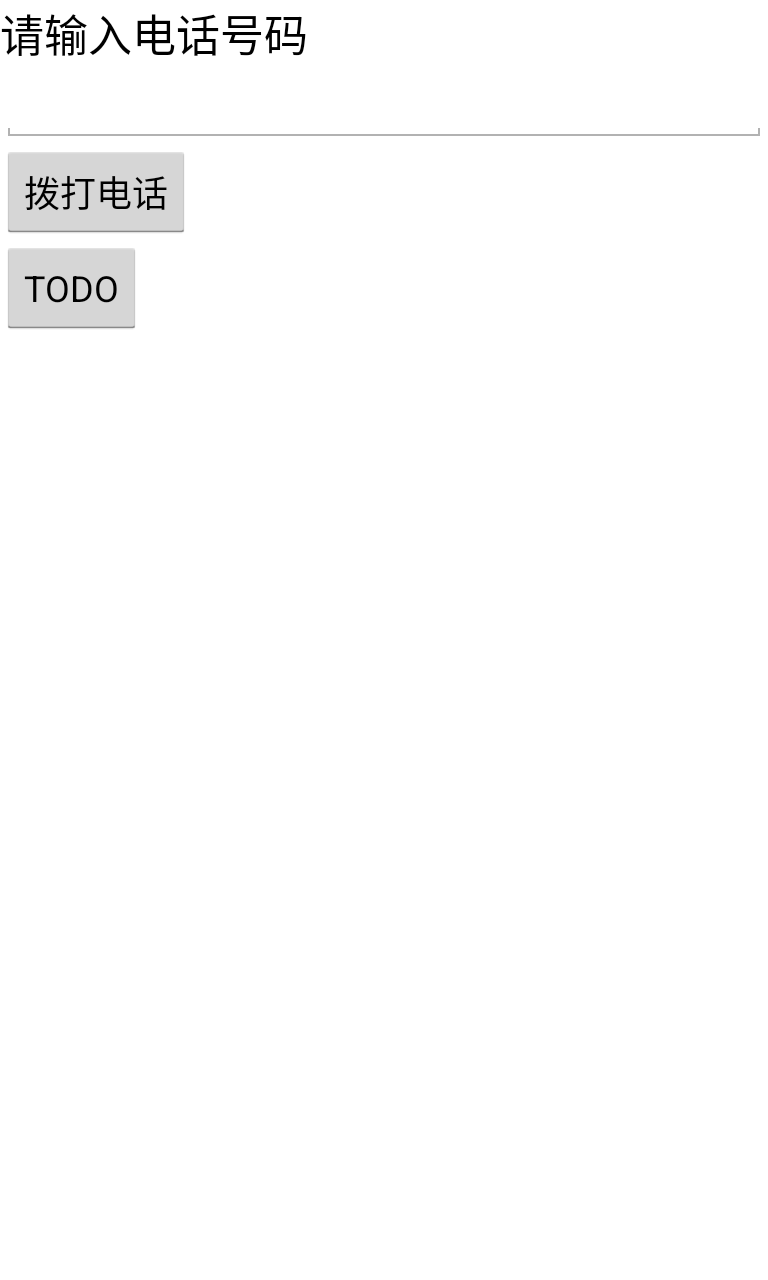
Repository: qq839924354/day01
Layout: code/Phone/res/layout/activity_main.xml
An editor plug-in stored every save of this project. The layout is shown before and after the next save, followed by the edit.
It is drawn on a 768 x 1280 px phone screen (xhdpi) without system bars, with theme AppTheme; the app's code is not run.

Above is the layout before, as saved 2013-02-28 07:10:00.

### code/Phone/res/layout/activity_main.xml
<LinearLayout xmlns:android="http://schemas.android.com/apk/res/android"
    xmlns:tools="http://schemas.android.com/tools"
    android:layout_width="match_parent"
    android:layout_height="match_parent"
    android:orientation="vertical"
    tools:context=".MainActivity" >

    <TextView
        android:id="@+id/textView1"
        android:layout_width="wrap_content"
        android:layout_height="wrap_content"
        android:text="@string/please_input_number"
        android:textAppearance="?android:attr/textAppearanceLarge" />

    <EditText
        android:id="@+id/et_number"
        android:layout_width="match_parent"
        android:layout_height="wrap_content"
        android:inputType="phone" >

    </EditText>

    <Button
        android:id="@+id/btn_dail"
         android:layout_width="wrap_content"
        android:layout_height="wrap_content"
        android:text="@string/dail"
        />

    <Button
        android:id="@+id/button1"
        android:layout_width="wrap_content"
        android:layout_height="wrap_content"
        android:text="@string/btn_text" />

</LinearLayout>

### code/Phone/res/values/strings.xml
<?xml version="1.0" encoding="utf-8"?>
<resources>

    <string name="app_name">Phone</string>
    <string name="hello_world">Hello world!</string>
    <string name="menu_settings">Settings</string>
    <string name="dail">拨打电话</string>
    <string name="please_input_number">请输入电话号码</string>
    <string name="btn_text">TODO</string>

</resources>

Loaded but not shown: code/Phone/res/values/styles.xml (common file); code/Phone/res/values-v11/styles.xml (common file); code/Phone/res/values-v14/styles.xml (common file)

After the next save:
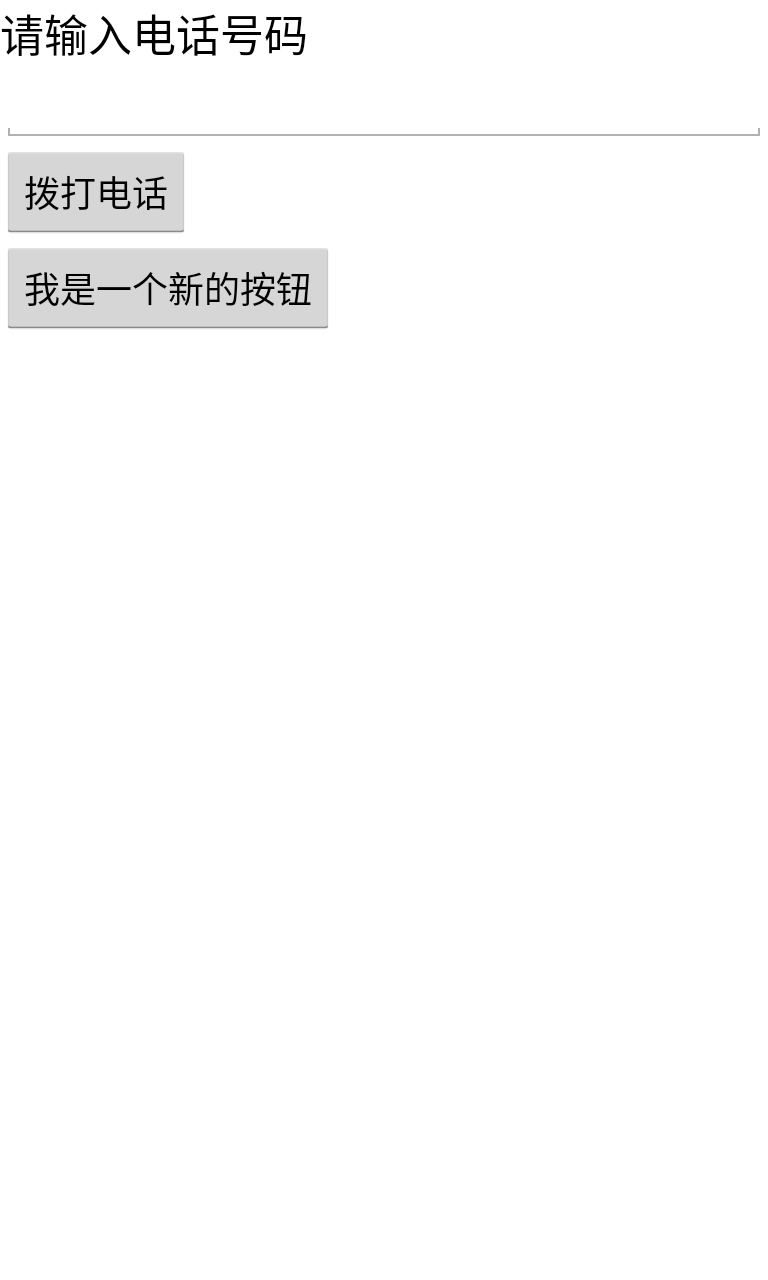
Saved 8 s later.
--- a/code/Phone/res/values/strings.xml
+++ b/code/Phone/res/values/strings.xml
@@ -6,6 +6,6 @@
     <string name="menu_settings">Settings</string>
     <string name="dail">拨打电话</string>
     <string name="please_input_number">请输入电话号码</string>
-    <string name="btn_text">TODO</string>
+    <string name="btn_text">我是一个新的按钮</string>
 
 </resources>
